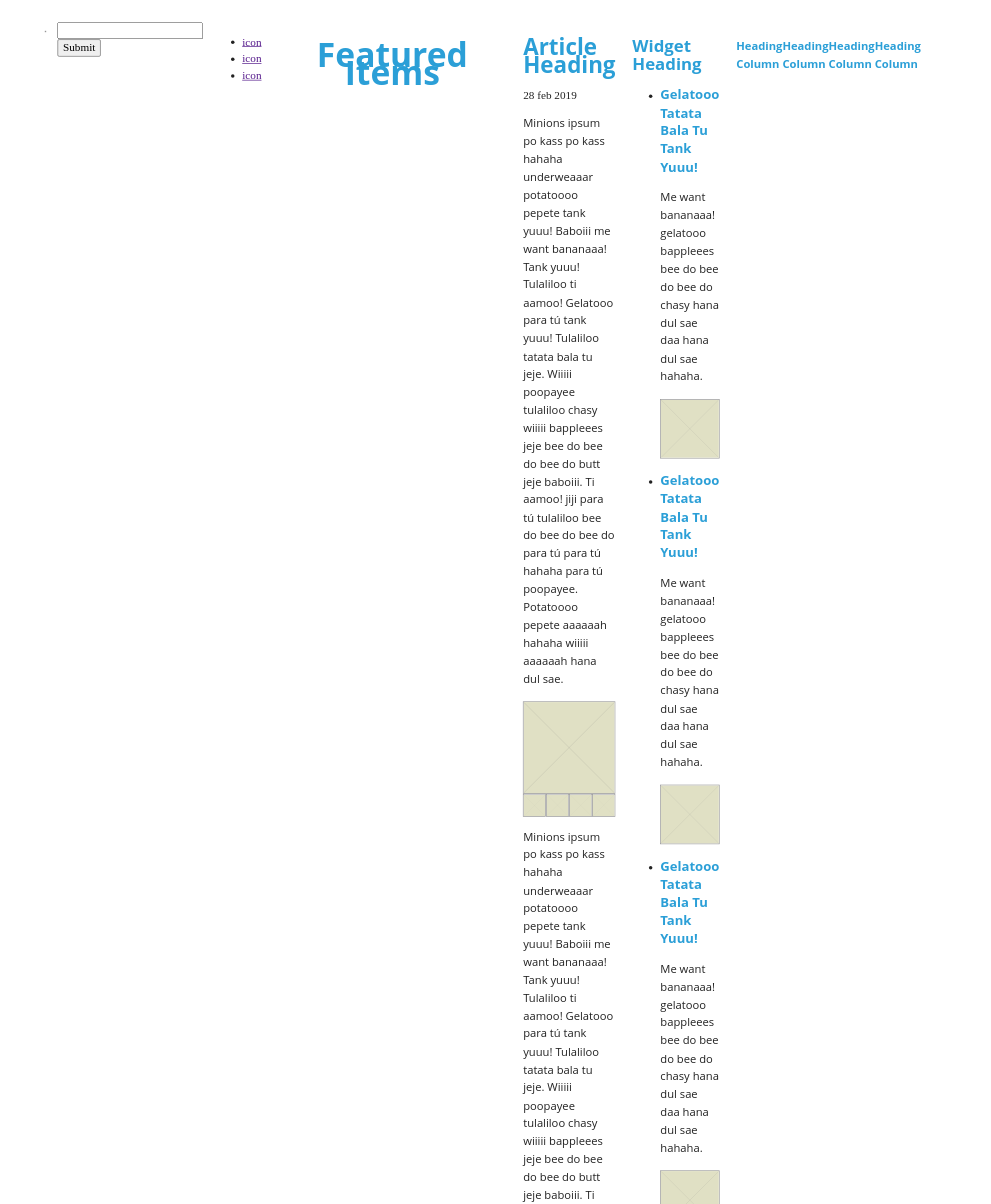
Repository: AdrianTejada/Lab03-Project-1
Page: index.html
An editor plug-in stored every save of this project. The page is shown before and after the next save, followed by the edit.
The browser window is 1280 px wide. The page is 1315 px wide, then 1415 px, so the pictures cover 1415 px, including what lies to the right of the window. The pictures show the part of the page from y = 0 to 1720 px (the page is 6492 px tall before and 4197 px after), at 70% of full size.

Above is the page before, as saved 2021-01-26 19:20:13.

After the next save:
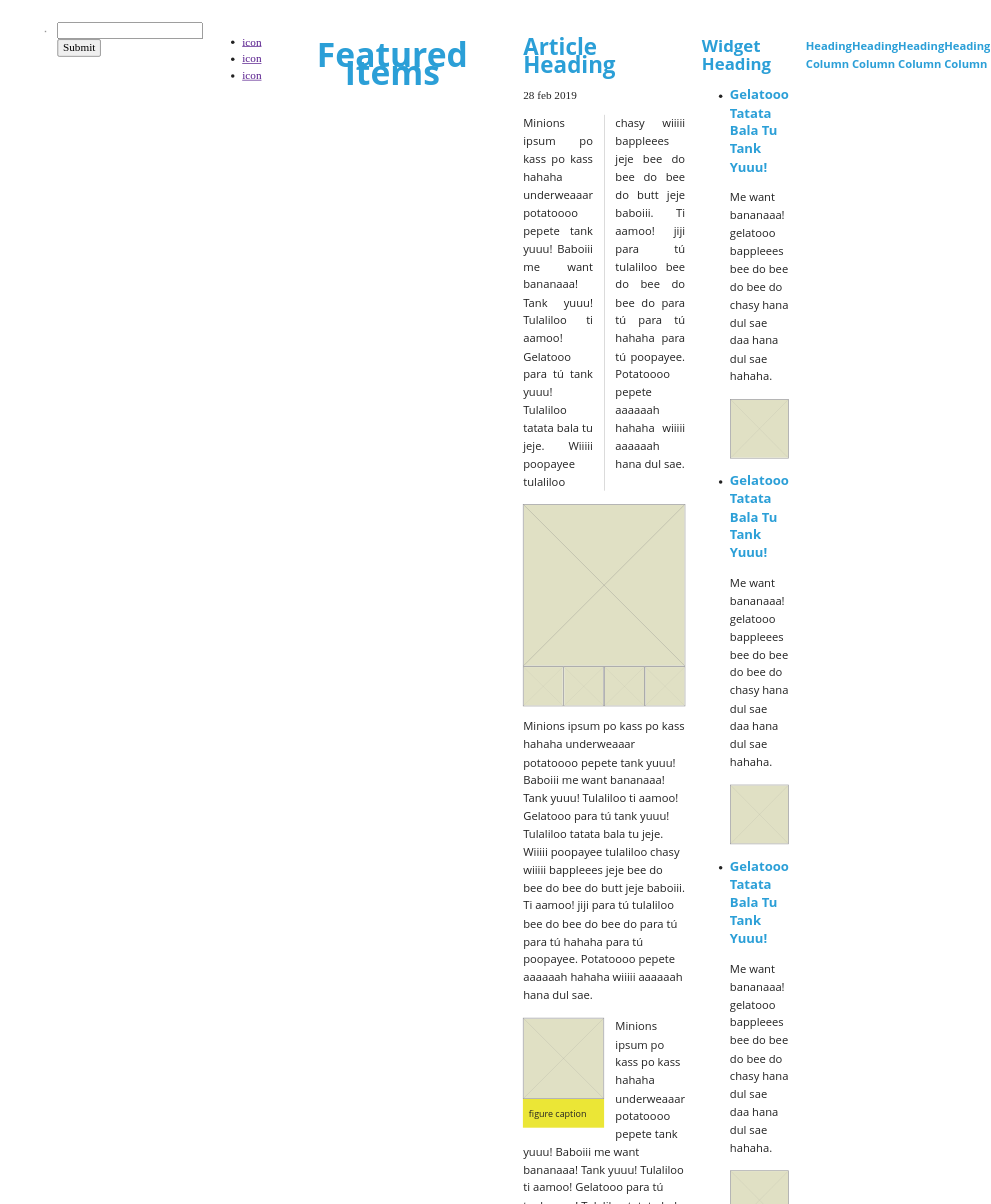
Saved 87 s later.
--- a/css/main.css
+++ b/css/main.css
@@ -10,7 +10,7 @@
         2.2 Medium Screens and Up
         2.2.1 Article
         2.3 Large screens and up
-        2.3.1 article
+        2.3.1 Article
         2.4 Core Article
     3. MODULES
     4. STATES
@@ -194,6 +194,13 @@
         float: left;
         margin: 0 1rem 0 0;
     }
+
+    .article__excerpt {
+        column-count: 2;
+        column-rule: 1px solid #ccc;
+        column-gap: 2rem;
+        text-align: justify;
+    }
 }
 
 
